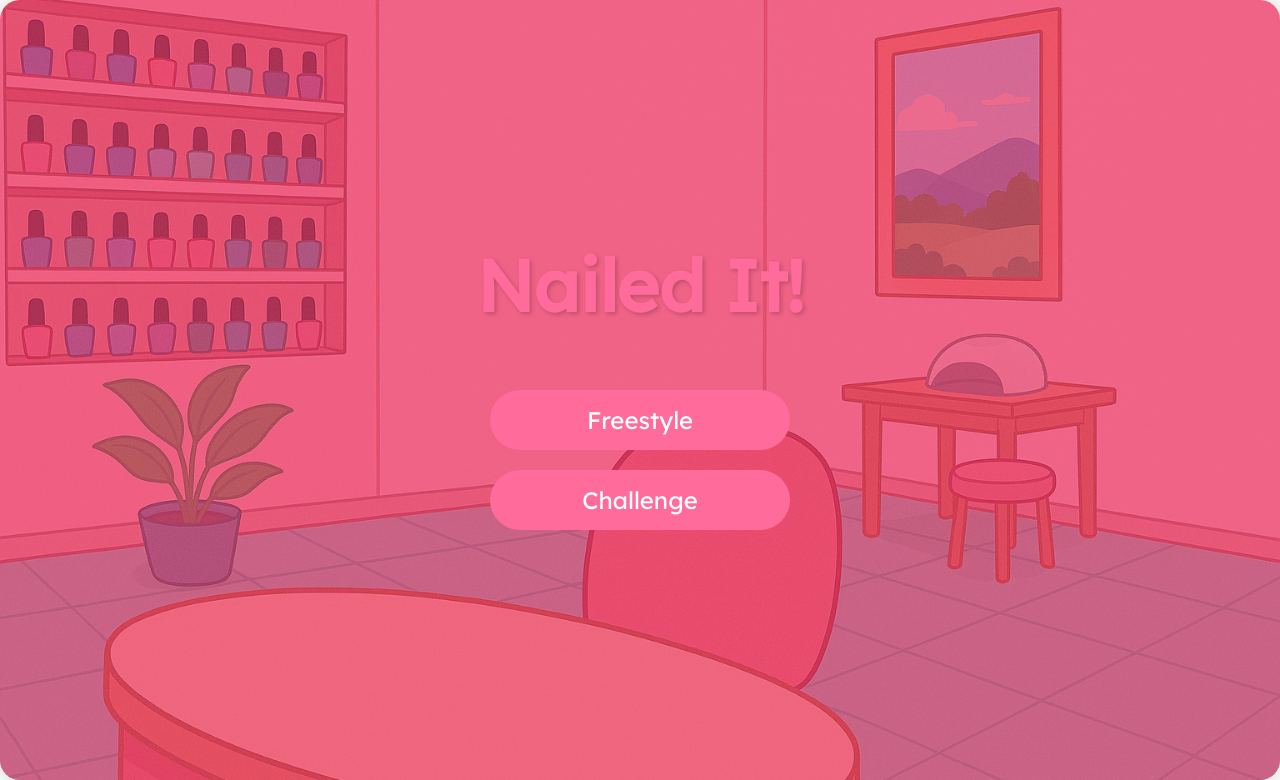
Repository: primcharlin/nailedit
Page: index.html
An editor plug-in stored every save of this project. The page is shown before and after the next save, followed by the edit.
The browser window is 1280 px wide. The pictures show the whole page.

Above is the page before, as saved 2025-05-05 22:50:59.

After the next save:
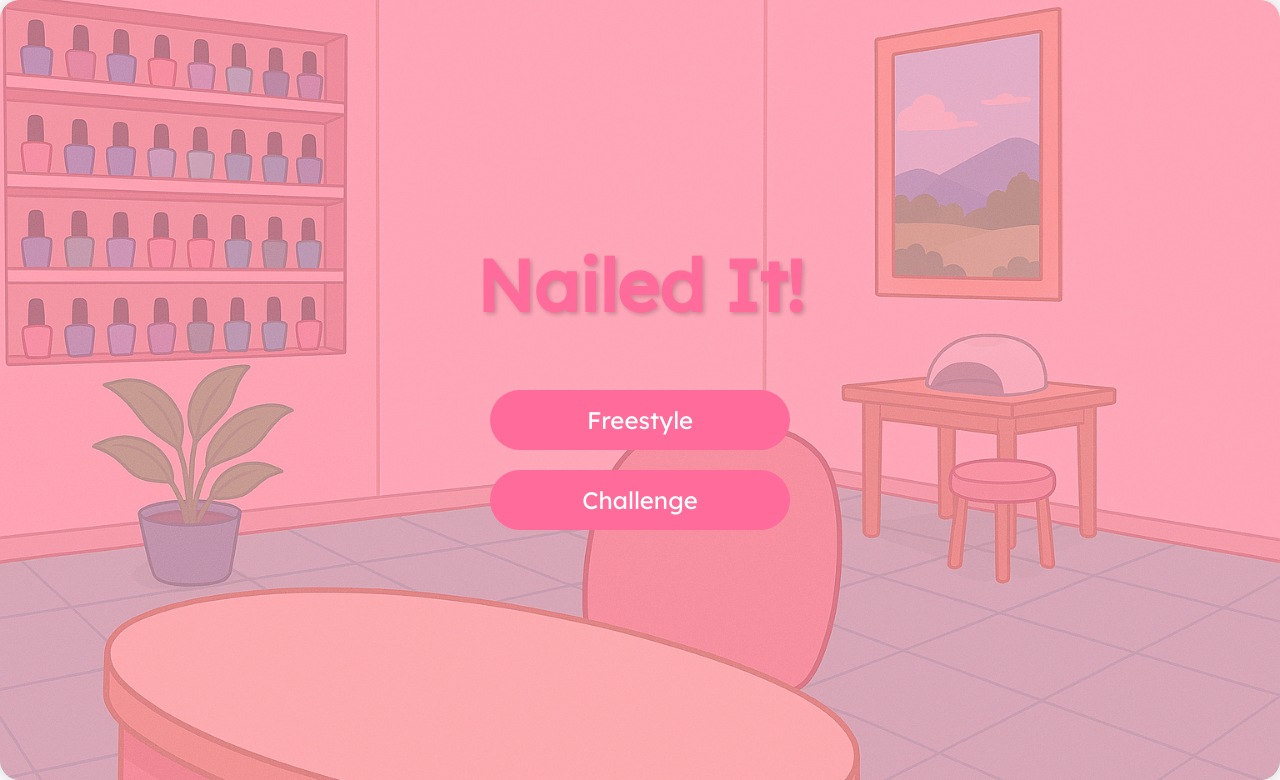
Saved 4 s later.
--- a/styles.css
+++ b/styles.css
@@ -39,7 +39,7 @@ h1 {
     flex-direction: column;
     justify-content: center;
     align-items: center;
-    background-color: rgba(232, 42, 105, 0.625);
+    background-color: rgba(255, 151, 185, 0.625);
     z-index: 100;
 }
 
